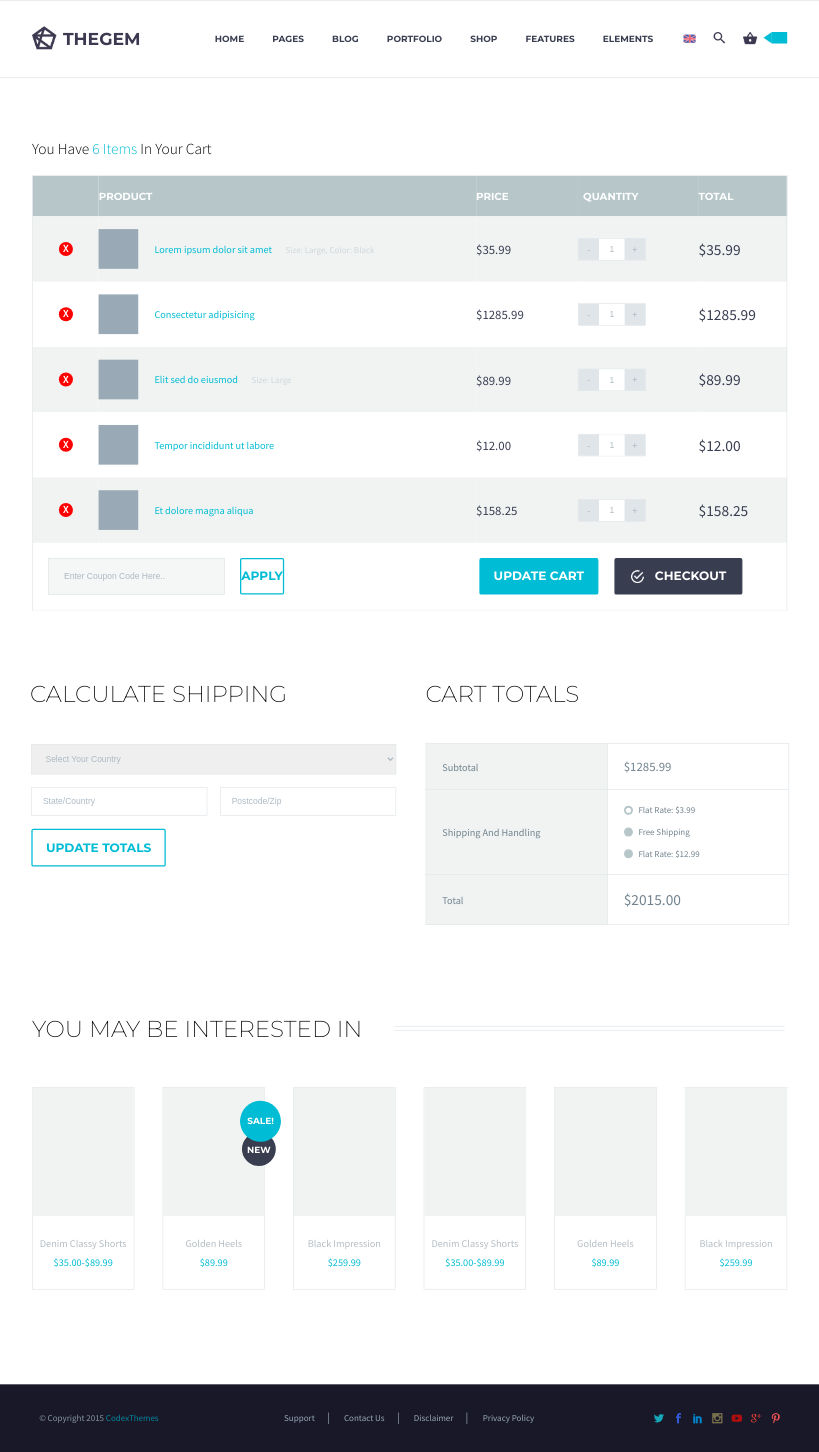
Repository: flylessbird/shop_cart
Page: html/page.html
The author's editor kept a copy of each file at every save. The page is drawn from the files as they stood at one save, then again after the next save.
The browser window is 1280 px wide. The pictures show the whole page, at 64% of full size.
The style sheet was rebuilt from its Sass, Less or Tailwind sources for each picture, by a compiler version that may differ from the author's.

Above is the page before, as saved 2022-05-16 16:16:29.

After the next save:
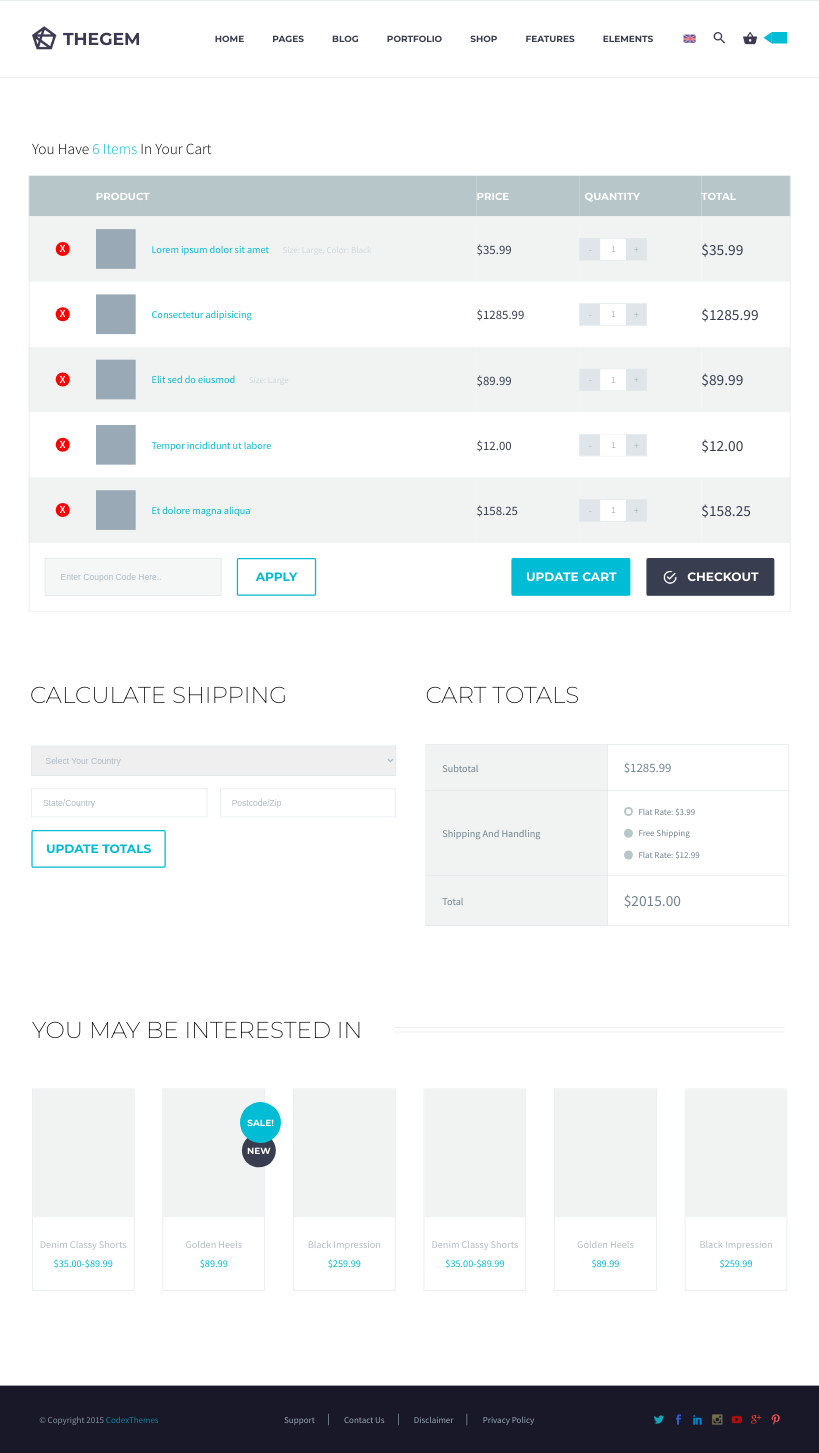
Saved 24 s later.
--- a/css/page.scss
+++ b/css/page.scss
@@ -270,7 +270,7 @@
         }
         .apply {
           margin-left: 24px;
-          // padding: 16px 28px;
+          padding: 16px 28px;
           text-transform: uppercase;
           font-family: "Montserrat", sans-serif;
           font-weight: 700;
